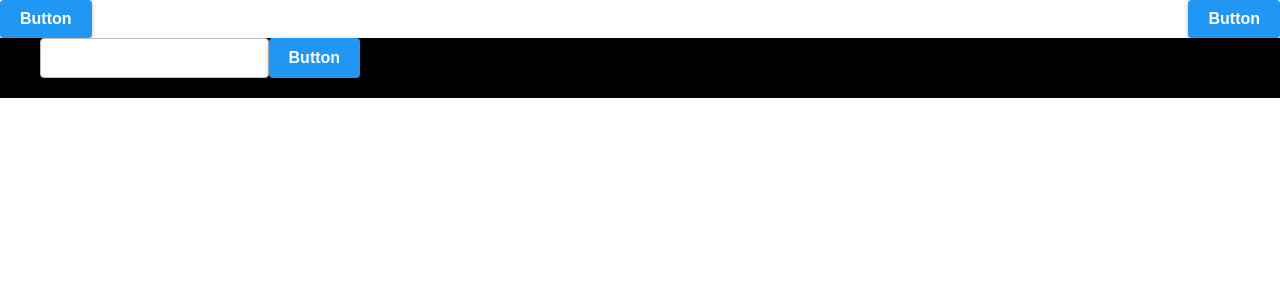
Repository: roistyx/react
Page: /layouts (app in layouts-app/)
These files come from the project's save history. The page is drawn as it stood at one moment and after the next save; the edit follows.
The browser window is 1280 px wide. The pictures show the whole page.
The project was rebuilt for these pictures with package versions that can differ from the ones it lists, and the page was loaded fresh each time.

Above is the page before, as saved 2023-04-26 22:38:03.

After the next save:
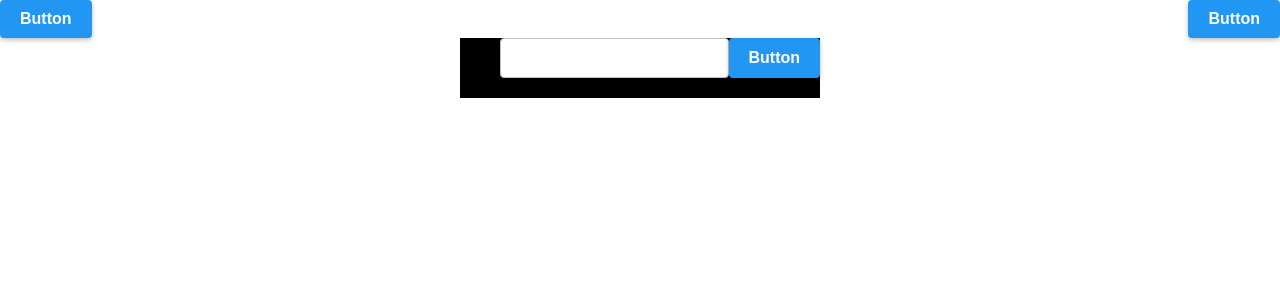
Saved 31 s later.
--- a/layouts-app/src/components/Line.css
+++ b/layouts-app/src/components/Line.css
@@ -15,10 +15,10 @@
 }
 
 .AlignStart {
-	align-self: center;
+	align-self: flex-start;
 }
 
 .AlignCenter {
-	align-items: center;
+	align-self: center;
 	background-color: black;
 }
